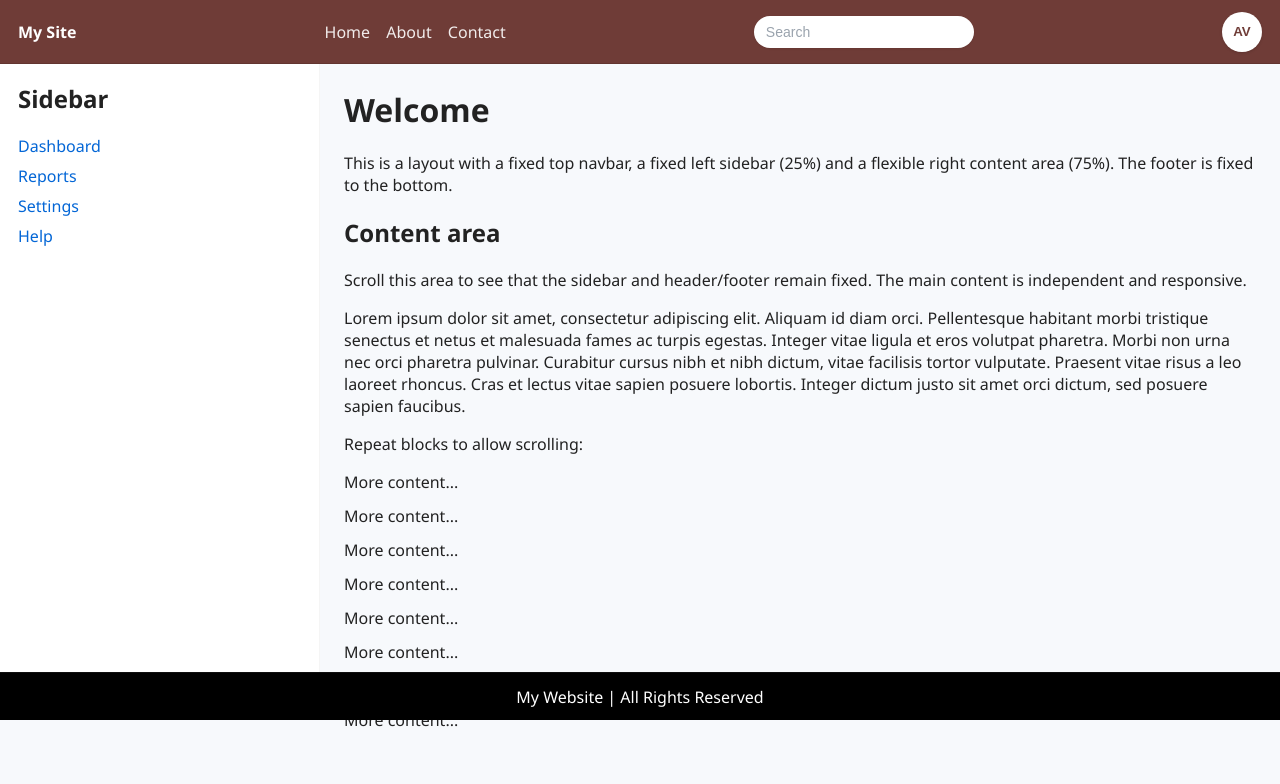
Repository: AdityaTech-Pro/FullStackWithBridgelabz
Page: Assignment8/WebPageWithFixedNavbarAndFooter/index.html
These files come from the project's save history. The page is drawn as it stood at one moment and after the next save; the edit follows.
The browser window is 1280 px wide. The pictures show the whole page.

Above is the page before, as saved 2025-11-05 09:31:09.

### Assignment8/WebPageWithFixedNavbarAndFooter/index.html
<!doctype html>
<html lang="en">

<head>
    <meta charset="utf-8" />
    <meta name="viewport" content="width=device-width, initial-scale=1" />
    <title>Fixed Navbar, Sidebar & Footer Layout</title>
    <link rel="stylesheet" href="styles.css">
</head>

<body>
    <header class="site-header">
        <div class="brand">My Site</div>
        <nav class="top-nav">
            <a href="#">Home</a>
            <a href="#">About</a>
            <a href="#">Contact</a>
        </nav>

        <!-- Search form placed between nav and profile -->
        <form class="nav-search" role="search" action="#" method="get">
            <label for="nav-search-input" class="sr-only">Search</label>
            <input id="nav-search-input" type="search" name="q" placeholder="Search" aria-label="Search" />
        </form>

        <!-- Profile circle (initials shown if no image) -->
        <button class="profile" title="User menu" aria-label="User menu">AV</button>
    </header>

    <aside class="sidebar-left" aria-label="Primary sidebar">
        <div class="sidebar-inner">
            <h2>Sidebar</h2>
            <ul>
                <li><a href="#">Dashboard</a></li>
                <li><a href="#">Reports</a></li>
                <li><a href="#">Settings</a></li>
                <li><a href="#">Help</a></li>
            </ul>
        </div>
    </aside>

    <main class="main-content">
        <div class="content-inner">
            <h1>Welcome</h1>
            <p>This is a layout with a fixed top navbar, a fixed left sidebar (25%) and a flexible right content area (75%). The footer is fixed to the bottom.</p>

            <section>
                <h2>Content area</h2>
                <p>Scroll this area to see that the sidebar and header/footer remain fixed. The main content is independent and responsive.</p>
                <p>Lorem ipsum dolor sit amet, consectetur adipiscing elit. Aliquam id diam orci. Pellentesque habitant morbi tristique senectus et netus et malesuada fames ac turpis egestas. Integer vitae ligula et eros volutpat pharetra. Morbi non urna
                    nec orci pharetra pulvinar. Curabitur cursus nibh et nibh dictum, vitae facilisis tortor vulputate. Praesent vitae risus a leo laoreet rhoncus. Cras et lectus vitae sapien posuere lobortis. Integer dictum justo sit amet orci dictum,
                    sed posuere sapien faucibus.</p>
                <p>Repeat blocks to allow scrolling:</p>
                <div class="filler">
                    <p>More content...</p>
                    <p>More content...</p>
                    <p>More content...</p>
                    <p>More content...</p>
                    <p>More content...</p>
                    <p>More content...</p>
                    <p>More content...</p>
                    <p>More content...</p>
                </div>
            </section>
        </div>
    </main>

    <footer class="site-footer">
        <div>My Website | All Rights Reserved</div>
    </footer>
</body>

</html>

### Assignment8/WebPageWithFixedNavbarAndFooter/styles.css
:root{
  --header-height: 64px;
  --footer-height: 48px;
  --sidebar-width: 25%; /* left sidebar width */
  --gap: 16px;
  --bg: #f7f9fc;
  --accent: #0366d6;
  --header-bg: #6f3c37ff; /* coffee brown */
  --header-text: #ffffff;
  --footer-bg: #000000;
  --footer-text: #ffffff;
}

*{box-sizing:border-box}
html,body{height:100%;margin:0;font-family:Segoe UI, Roboto, Arial, sans-serif;background:var(--bg);color:#222}

/* Header */
.site-header{
  position:fixed;
  top:0;left:0;right:0;
  height:var(--header-height);
  background:var(--header-bg);
  color:var(--header-text);
  border-bottom:1px solid rgba(0,0,0,0.12);
  display:flex;align-items:center;justify-content:space-between;
  gap:12px;padding:0 18px;z-index:1000;
}
.site-header .brand{font-weight:700;color:var(--header-text)}
.top-nav a{margin-left:12px;color:rgba(255,255,255,0.9);text-decoration:none}

/* Profile avatar in header */
.profile{
  margin-left:12px;
  width:40px;height:40px;border-radius:50%;
  display:inline-flex;align-items:center;justify-content:center;
  background:#fff;color:var(--header-bg);border:0;cursor:pointer;font-weight:600;
  box-shadow:0 1px 3px rgba(0,0,0,0.15);
}
.profile:focus{outline:3px solid rgba(255,255,255,0.25);outline-offset:3px}

/* Navbar search */
.nav-search{display:inline-flex;align-items:center;margin-left:12px}
.nav-search input[type="search"]{
  width:220px;max-width:40vw;padding:8px 12px;border-radius:20px;border:0;font-size:14px;
  background:#fff;color:#222;box-shadow:0 1px 2px rgba(0,0,0,0.08);
}
.nav-search input::placeholder{color:#9aa3ad}
.nav-search input:focus{outline:3px solid rgba(255,255,255,0.15);outline-offset:2px}

/* Screen-reader only helper */
.sr-only{position:absolute!important;width:1px;height:1px;padding:0;margin:-1px;overflow:hidden;clip:rect(0,0,0,0);white-space:nowrap;border:0}

/* Footer */
.site-footer{
  position:fixed;left:0;right:0;bottom:0;
  height:var(--footer-height);
  background:var(--footer-bg);border-top:1px solid rgba(255,255,255,0.06);
  color:var(--footer-text);display:flex;align-items:center;justify-content:center;padding:0 18px;z-index:1000;
}

/* Left sidebar (fixed between header & footer) */
.sidebar-left{
  position:fixed;left:0;top:var(--header-height);bottom:var(--footer-height);
  width:var(--sidebar-width);
  background:#ffffff;padding:18px;border-right:1px solid rgba(0,0,0,0.04);overflow:auto;z-index:900;
}
.sidebar-left h2{margin-top:0}
.sidebar-left ul{list-style:none;padding:0;margin:0}
.sidebar-left li{margin:8px 0}
.sidebar-left a{text-decoration:none;color:#0366d6}

/* Main content (to the right, flexible) */
.main-content{
  margin-left:var(--sidebar-width);
  margin-top:var(--header-height);
  margin-bottom:var(--footer-height);
  padding:24px;min-height:calc(100vh - var(--header-height) - var(--footer-height));
  /* make main scroll if content overflows */
  overflow:auto;
}
.content-inner{max-width:1100px;margin:0 auto;background:transparent}

.filler p{margin:12px 0}

/* Small visual helpers */
h1{margin-top:0}

/* Responsive: collapse sidebar for narrow viewports */
@media (max-width:900px){
  :root{--sidebar-width:280px}
}
@media (max-width:700px){
  /* Move sidebar to top as a collapsible block */
  .sidebar-left{position:relative;top:0;left:0;width:100%;height:auto;border-right:0;border-bottom:1px solid rgba(0,0,0,0.06);}
  .main-content{margin-left:0}
  .site-header{padding:0 12px}
  .nav-search input[type="search"]{width:140px}
}

/* Small touches for keyboard focus */
a:focus{outline:2px dashed rgba(3,102,214,0.4);outline-offset:2px}

After the next save:
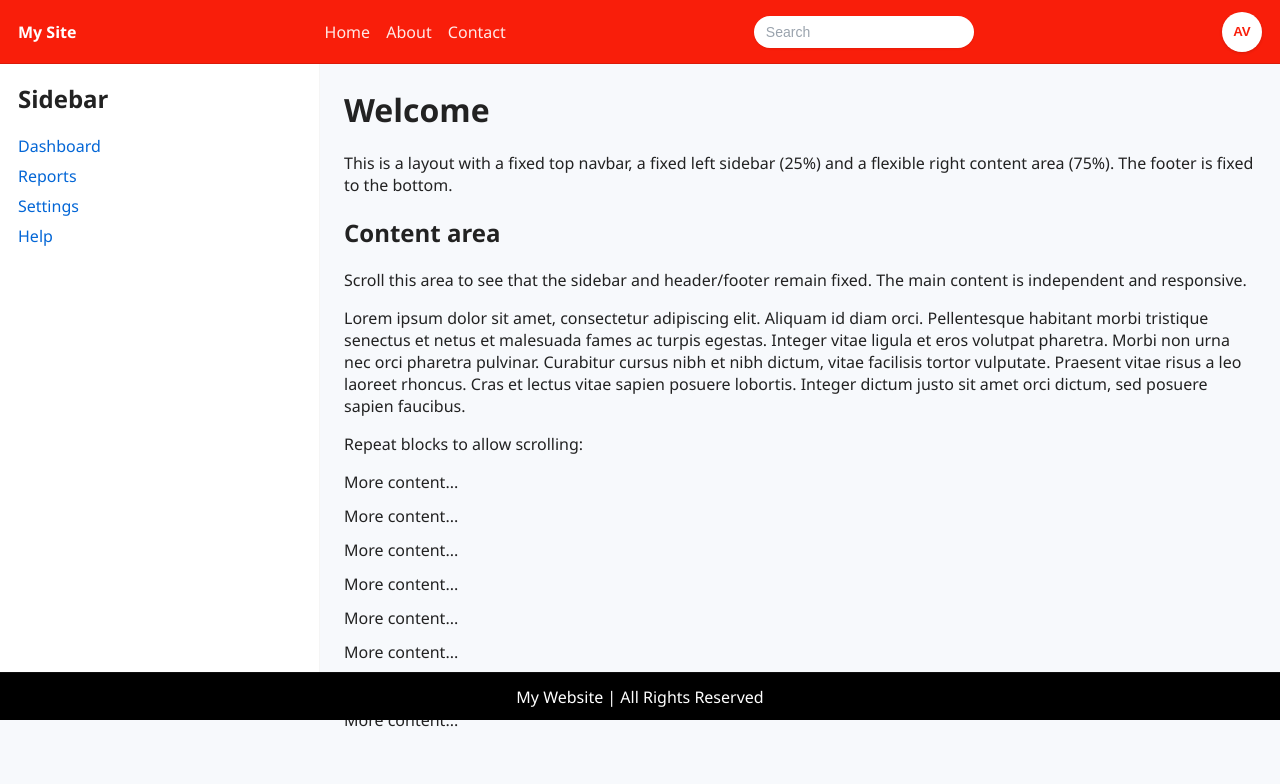
Saved 7 s later.
--- a/Assignment8/WebPageWithFixedNavbarAndFooter/styles.css
+++ b/Assignment8/WebPageWithFixedNavbarAndFooter/styles.css
@@ -5,7 +5,7 @@
   --gap: 16px;
   --bg: #f7f9fc;
   --accent: #0366d6;
-  --header-bg: #6f3c37ff; /* coffee brown */
+  --header-bg: #f91e0aff; /* coffee brown */
   --header-text: #ffffff;
   --footer-bg: #000000;
   --footer-text: #ffffff;
